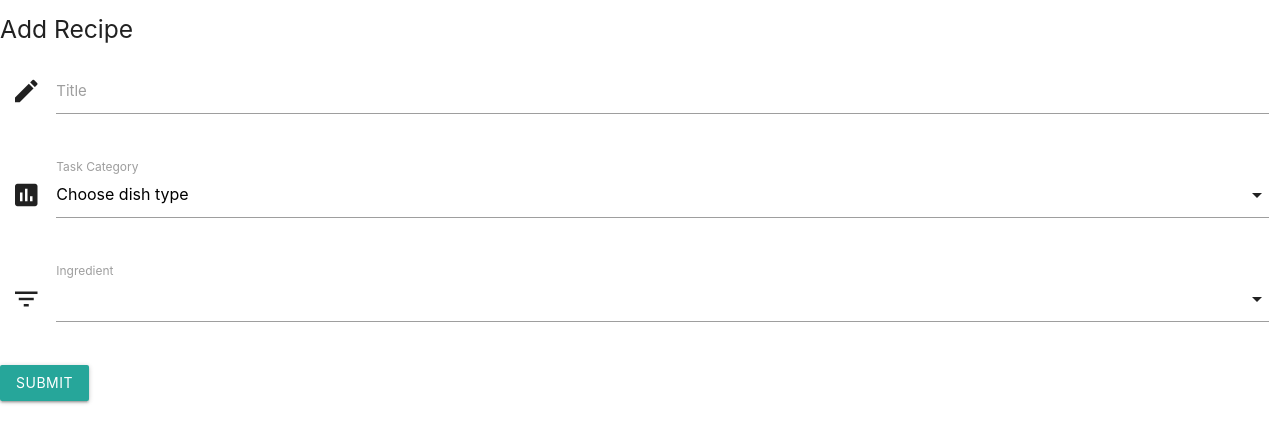
Repository: neillarkin/atari-app
Page: http://localhost/add_recipe
The author's editor kept a record of every edit. The page is drawn from the files as they stood at one moment, then again after the next edit.
The browser window is 1280 px wide. The pictures show the whole page.
The page is served by the project's application, run on Flask 3 (run.py). Queries for data that is not in the repository find no rows.

Above is the page before.

### templates/add_recipe.html
{% extends 'base.html' %} {% block content %}

<h5>Add Recipe</h5>
<div class="row">
  <form action="{{ url_for('create_recipe') }}" method="POST" class="col s12">

    <div class="row">
      <div class="input-field col s12">
        <i class="material-icons prefix">create</i>
        <input id="input_text" name="recipe_name" type="text" data-length="20" class="validate">
        <label for="input_text">Title</label>
      </div>
    </div>

<div class="row">
  <div class="input-field col s12">
    <i class="material-icons prefix">poll</i>
    <select id="category" name="category_name">
              <option value="" disabled selected>Choose dish type</option>
              {% for cat in categories %}
                  <option value="{{cat.category_name}}">{{cat.category_name}}</option>
              {% endfor %}
            </select>
    <label>Task Category</label>
  </div>
</div>

    <div class="row">
      <div class="input-field col s12">
        <i class="material-icons prefix">filter_list</i>
        <select id="ingredient" name="ingredient_name" multiple>
          <!--<option value="" disabled selected>Choose ingedients</option>-->
          {% for item in ingredients %}
            <option value="{{item.ingredient_name}}">{{item.ingredient_name}}</option>
           {% endfor %}
        </select>
        <label>Ingredient</label>
      </div>
    </div>


    <div class="row">
      <button class="btn waves-effect waves-light" type="submit">Submit</button>
    </div>
  </form>

</div>
{% endblock %}

### templates/base.html
<!DOCTYPE html>
<html>

<head>
    <link href="https://fonts.googleapis.com/icon?family=Material+Icons" rel="stylesheet">
    <link rel="stylesheet" href="https://cdnjs.cloudflare.com/ajax/libs/materialize/1.0.0/css/materialize.min.css">

    <!--<link rel="stylesheet" href="https://cdnjs.cloudflare.com/ajax/libs/materialize/0.100.2/css/materialize.min.css">-->
</head>

<body>
    {% block content %} {% endblock %}
    <script src="https://code.jquery.com/jquery-3.4.1.min.js" integrity="sha256-CSXorXvZcTkaix6Yvo6HppcZGetbYMGWSFlBw8HfCJo=" crossorigin="anonymous"></script>
    <script src="https://cdnjs.cloudflare.com/ajax/libs/materialize/1.0.0/js/materialize.min.js"></script>
    <script>
        $(document).ready(function() {
            $('.collapsible').collapsible();
            $('input#input_text, textarea#textarea2').characterCounter();
            $('select').formSelect();
            //   $('select').material_select();
        });
    </script>
</body>

</html>

### run.py
import os
from flask import Flask, render_template, redirect, request, url_for
from flask_pymongo import PyMongo
from bson.objectid import ObjectId

app = Flask(__name__)

app.config["MONGO_DBNAME"] = 'recipe_db'
app.config['MONGO_URI'] = 'mongodb+srv://root:r00tUser@myfirstcluster-tbkzy.mongodb.net/recipe_db?retryWrites=true&w=majority'

mongo = PyMongo(app) #constructor method

#route decorator is a URL that redirects to a Python function
@app.route('/')
@app.route('/get_recipes')
def get_tasks():
    return render_template("recipes.html", recipes=mongo.db.recipes.find())

@app.route('/add_recipe')
def add_recipe():
    return render_template('add_recipe.html', categories=mongo.db.categories.find())

@app.route('/create_recipe', methods=['POST'])
def create_recipe():
    recipes = mongo.db.recipes
    recipes.insert_one(request.form.to_dict()) #insert request oject which is our form
    return redirect(url_for('get_recipes'))  # redirect to the get_recipes page to see the new entry


if __name__ == '__main__':
    app.run(host=os.environ.get('IP'),
            port=int(os.environ.get('PORT')),
            debug=True)

After the next edit:
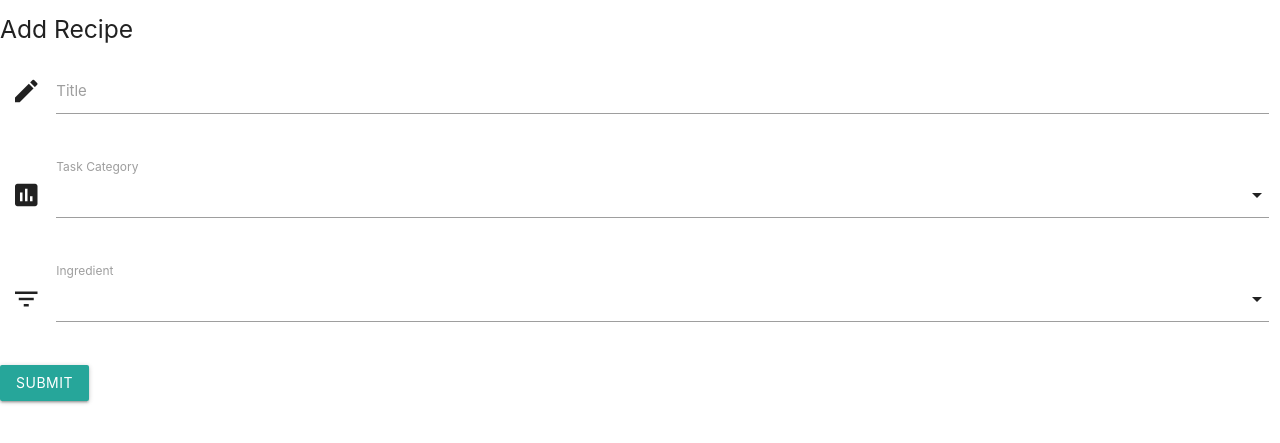
The edit:
--- a/templates/add_recipe.html
+++ b/templates/add_recipe.html
@@ -16,7 +16,7 @@
   <div class="input-field col s12">
     <i class="material-icons prefix">poll</i>
     <select id="category" name="category_name">
-              <option value="" disabled selected>Choose dish type</option>
+              <!--<option value="" disabled selected>Choose dish type</option>-->
               {% for cat in categories %}
                   <option value="{{cat.category_name}}">{{cat.category_name}}</option>
               {% endfor %}
